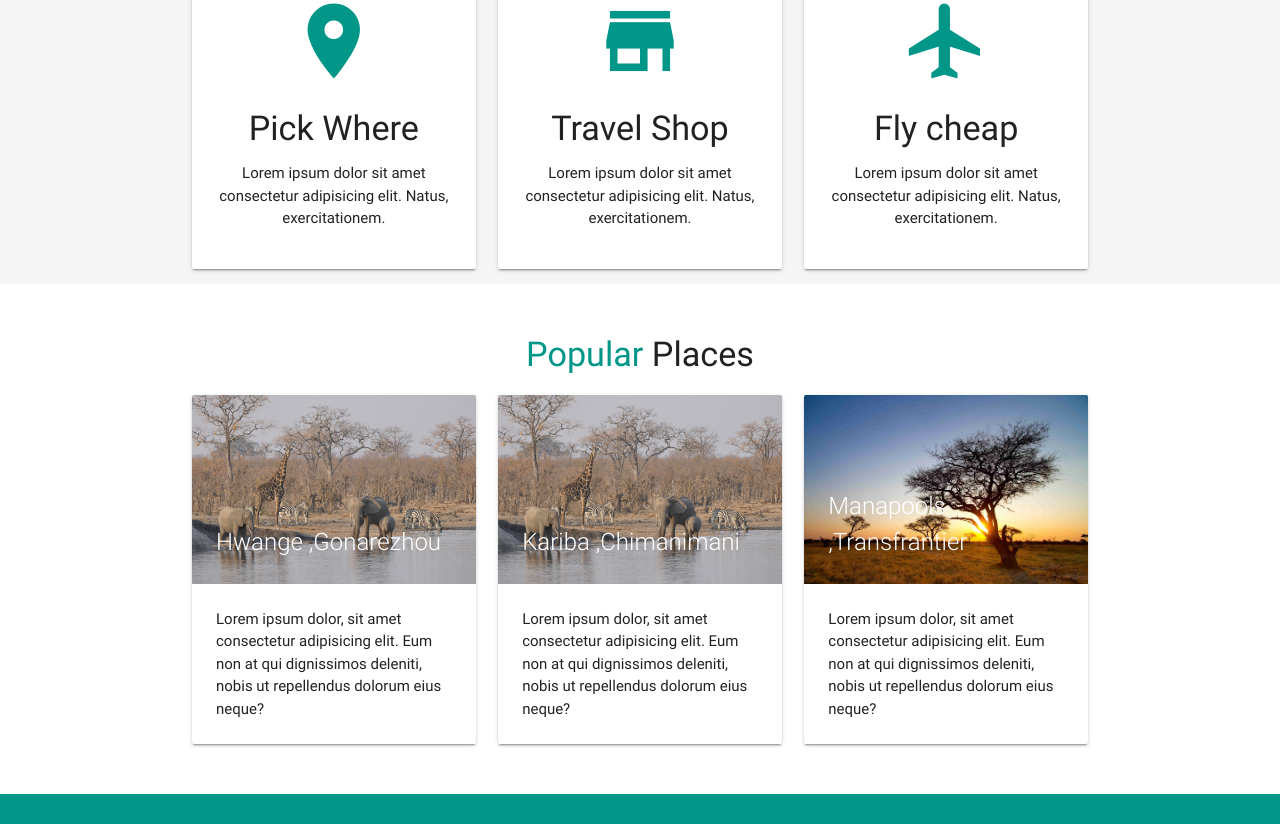
Repository: farrdy/materialize_website1_zim
Page: index.html
These files come from the project's save history. The page is drawn as it stood at one moment and after the next save; the edit follows.
The browser window is 1280 px wide. The pictures show the part of the page from y = 808 to 1760 px (the page is 1632 px tall before and 1760 px after).
Some web libraries are served in a nearby version.

Above is the page before, as saved 2020-01-01 22:41:11.

### index.html
<!DOCTYPE html>
<html>
  <head>
    <!--Import Google Icon Font-->
    <link
      href="https://fonts.googleapis.com/icon?family=Material+Icons"
      rel="stylesheet"
    />
    <!--Import materialize.css-->
    <link
      type="text/css"
      rel="stylesheet"
      href="css/materialize.min.css"
      media="screen,projection"
    />
    <link type="text/css" rel="stylesheet" href="css/main.css" />
    <script
      src="https://kit.fontawesome.com/04d0fe07bd.js"
      crossorigin="anonymous"
    ></script>

    <!--Let browser know website is optimized for mobile-->
    <meta name="viewport" content="width=device-width, initial-scale=1.0" />
    <title>Custom Materialize Theme</title>
  </head>

  <body>
    <div class="navbar-fixed">
      <nav class="teal">
        <div class="container">
          <div class="nav-wrapper">
            <a href="#Home" class="brand-logo">Zimbabwe Travelville</a>
            <a href="#" data-activates="mobile-nav" class="button-collapse">
              <i class="material-icons">menu</i>
            </a>
            <ul class=" right hide-on-med-and-down">
              <li><a href="#home">Home</a></li>
              <li><a href="#search">Search</a></li>
              <li><a href="#popular">Popular Places</a></li>
              <li><a href="#gallery">Gallery</a></li>
              <li><a href="#contact">Contact</a></li>
            </ul>
          </div>
        </div>
      </nav>
    </div>
    <ul class="side-nav" id="mobile-nav">
      <li><a href="#home">Home</a></li>
      <li><a href="#search">Search</a></li>
      <li><a href="#popular">Popular Places</a></li>
      <li><a href="#gallery">Gallery</a></li>
      <li><a href="#contact">Contact</a></li>
    </ul>

    <section class="slider">
      <ul class="slides">
        <li>
          <img src="img/resort1.jpg" alt="" />
          <div class="caption center-align">
            <h2>Take your dream vacation</h2>
            <h5 class="light grey-text  text-lighten-3 hide-on-small-only">
              Lorem ipsum, dolor sit amet consectetur adipisicing elit. Ipsam
              culpa optio explicabo! Facilis iure dolorem exercitationem
            </h5>
            <a href="#" class="btn btn-large">Learn More</a>
          </div>
        </li>
        <li>
          <img src="img/resort2.jpg" alt="" />
          <div class="caption left-align">
            <h2>We works with all budgets</h2>
            <h5 class="light grey-text  text-lighten-3 hide-on-small-only">
              Lorem ipsum, dolor sit amet consectetur adipisicing elit. Ipsam
              culpa optio explicabo! Facilis iure dolorem exercitationem
            </h5>
            <a href="#" class="btn btn-large">Learn More</a>
          </div>
        </li>
        <li>
          <img src="img/resort3.jpg" alt="" />
          <div class="caption right-align">
            <h2>Group & Individual Getaways</h2>
            <h5 class="light grey-text  text-lighten-3 hide-on-small-only">
              Lorem ipsum, dolor sit amet consectetur adipisicing elit. Ipsam
              culpa optio explicabo! Facilis iure dolorem exercitationem
            </h5>
            <a href="#" class="btn btn-large">Learn More</a>
          </div>
        </li>
      </ul>
    </section>

    <!-- Section :Search -->
    <section class="section section-search teal darken-1 white-text center">
      <div class="container">
        <div class="row">
          <div class="col s12">
            <h3>Search Destinations</h3>
            <div class="input-field">
              <input
                type="text"
                class="white grey-text autocomplete"
                placeholder="Victoria Falls,Nganga Mountains,Kariba Dam etc..."
                id="autocomplete-input"
              />
            </div>
          </div>
        </div>
      </div>
    </section>
    <!-- Section :Icon Boxes -->

    <section class="section-icons grey lighten-4 center">
      <div class="container">
        <div class="row">
          <div class="col s12 m4">
            <div class="card-panel">
              <i class="material-icons large teal-text">room</i>
              <h4>Pick Where</h4>
              <p>
                Lorem ipsum dolor sit amet consectetur adipisicing elit. Natus,
                exercitationem.
              </p>
            </div>
          </div>
          <div class="col s12 m4">
            <div class="card-panel">
              <i class="material-icons large teal-text">store</i>
              <h4>Travel Shop</h4>
              <p>
                Lorem ipsum dolor sit amet consectetur adipisicing elit. Natus,
                exercitationem.
              </p>
            </div>
          </div>
          <div class="col s12 m4">
            <div class="card-panel">
              <i class="material-icons large teal-text">airplanemode_active</i>
              <h4>Fly cheap</h4>
              <p>
                Lorem ipsum dolor sit amet consectetur adipisicing elit. Natus,
                exercitationem.
              </p>
            </div>
          </div>
        </div>
      </div>
    </section>

    <!-- Section:Popular -->

    <section class=" section section-popular">
      <div class="container">
        <div class="row">
          <h4 class="center">
            <span class="teal-text">Popular</span>
            Places
          </h4>
          <div class="col s12 m4">
            <div class="card">
              <div class="card-image">
                <img src="img/resort2.jpg" alt="" />
                <span class="card-title">Hwange ,Gonarezhou</span>
              </div>
              <div class="card-content">
                <p>
                  Lorem ipsum dolor, sit amet consectetur adipisicing elit. Eum
                  non at qui dignissimos deleniti, nobis ut repellendus dolorum
                  eius neque?
                </p>
              </div>
            </div>
          </div>
          <div class="col s12 m4">
            <div class="card">
              <div class="card-image">
                <img src="img/resort2.jpg" alt="" />
                <span class="card-title">Kariba ,Chimanimani</span>
              </div>
              <div class="card-content">
                <p>
                  Lorem ipsum dolor, sit amet consectetur adipisicing elit. Eum
                  non at qui dignissimos deleniti, nobis ut repellendus dolorum
                  eius neque?
                </p>
              </div>
            </div>
          </div>
          <div class="col s12 m4">
            <div class="card">
              <div class="card-image">
                <img src="img/resort3.jpg" alt="" />
                <span class="card-title">Manapools ,Transfrantier</span>
              </div>
              <div class="card-content">
                <p>
                  Lorem ipsum dolor, sit amet consectetur adipisicing elit. Eum
                  non at qui dignissimos deleniti, nobis ut repellendus dolorum
                  eius neque?
                </p>
              </div>
            </div>
          </div>
        </div>
      </div>
    </section>

    <!-- Section:Follow -->

    <section
      class="section section-follow teal darkern-2 white-text center"
    ></section>

    <!--Import jQuery before materialize.js-->
    <script
      type="text/javascript"
      src="https://code.jquery.com/jquery-3.2.1.min.js"
    ></script>
    <script type="text/javascript" src="js/materialize.min.js"></script>

    <script>
      $(document).ready(function() {
        // Custom JS & jQuery here
        $(".button-collapse").sideNav();

        $(".slider").slider({
          indicators: false,
          height: 500,
          transition: 500,
          interval: 6000
        });

        $(".autocomplete").autocomplete({
          data: {
            Nyanga: null,
            Kariba: null,
            "Victoria Falls": null,
            "Gonarezhouu National park": null,
            "Hwange National Park": null,
            "Manapools National Park": null,
            Chimanimani: null
          }
        });
      });
    </script>
  </body>
</html>

### css/main.css
.slider .btn {
  margin-top: 20px;
}

.section-search input {
  padding: 5x !important;
  font-size: 18px !important;
  width: 90% !important;
  border: #f4f4f4 3px solid !important;
}

.autocomplete-content {
  position: absolute;
  width: 100%;
  text-align: center;
}

Loaded but not shown: css/materialize.min.css (library); js/materialize.min.js (library)

After the next save:
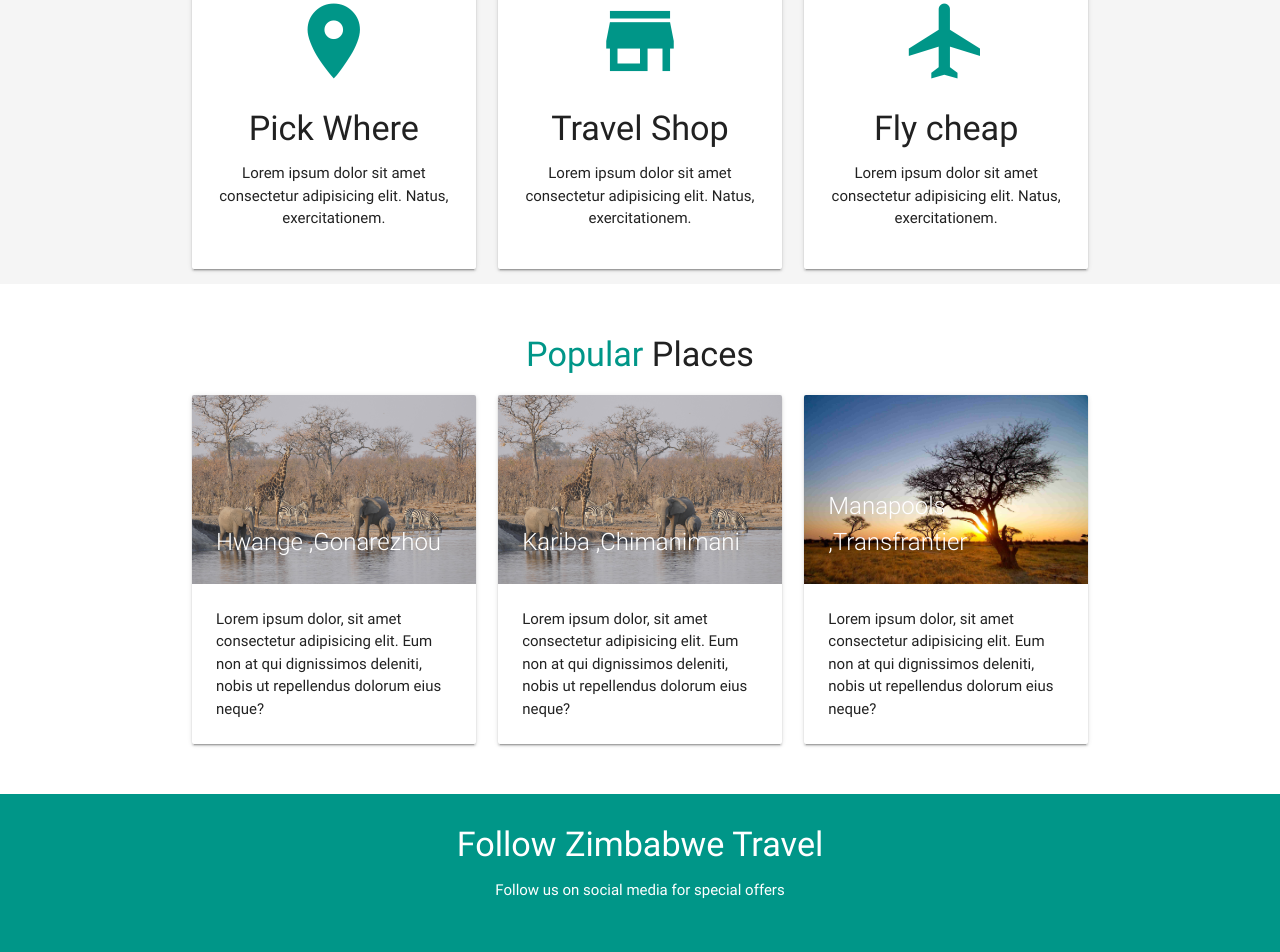
Saved 2 min 23 s later.
--- a/index.html
+++ b/index.html
@@ -207,9 +207,18 @@
 
     <!-- Section:Follow -->
 
-    <section
-      class="section section-follow teal darkern-2 white-text center"
-    ></section>
+    <section class="section section-follow teal darkern-2 white-text center">
+      <div class="container">
+        <div class="row">
+          <div class="col s12">
+            <h4>Follow Zimbabwe Travel</h4>
+            <p>Follow us on social media for special offers</p>
+
+            <a href="https://facebook.com" class="white-text"></a>
+          </div>
+        </div>
+      </div>
+    </section>
 
     <!--Import jQuery before materialize.js-->
     <script
